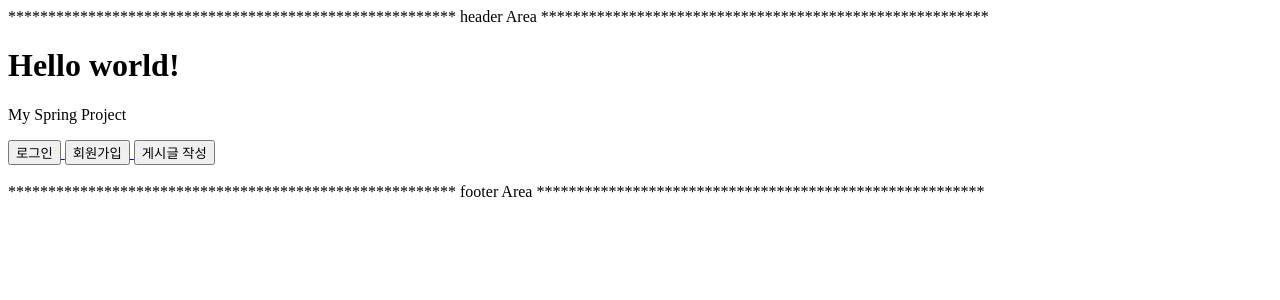
Repository: bbqju13/20230613spring
Page: http://localhost/spring/WEB-INF/views/home.jsp
The author's editor kept a copy of each file at every save. The page is drawn from the files as they stood at one save, then again after the next save.
The browser window is 1280 px wide. The pictures show the whole page.
The page is served by Tomcat 9. Nobody is signed in. Other server files are loaded and not shown. The template is opened directly, without the code that normally fills it, so the values that code supplies are empty.

Above is the page before, as saved 2023-06-07 04:52:27.

### _spring_project1/spring/src/main/webapp/WEB-INF/views/home.jsp
<%@ page language="java" contentType="text/html; charset=UTF-8"
    pageEncoding="UTF-8"%>
<%@ taglib uri="http://java.sun.com/jsp/jstl/core" prefix="c" %>

<html>
<head>
	<title>Home</title>
</head>
<body>
<jsp:include page="./layout/header.jsp"></jsp:include>
<h1>
	Hello world!
</h1>

<P>  My Spring Project </P>

<c:if test="${ses.id != null }">
<a href="/member/logout"> <button type="button">로그아웃</button> </a>
</c:if>

<c:if test="${ses.id == null }">
<a href="/member/login"> <button type="button">로그인</button> </a>
<a href="/member/signup"> <button type="button">회원가입</button> </a>

</c:if>
<a href="/board/register"> <button type="button">게시글 작성</button> </a>

<c:if test="${ses.id != null}">
<h1> ${ses.id } WelCome :) </h1>
</c:if>



<script type="text/javascript">
const msg_login = '<c:out value="${msg_login}" />';
const msg_logout = '<c:out value="${msg_logout}" />';
console.log(msg_login);
console.log(msg_logout);
if(msg_login === '0'){
	alert('로그인실패');
}
if(msg_logout === '1'){
	alert('로그아웃 되었습니다');
}
</script>
<br> <br>
<jsp:include page="./layout/footer.jsp"></jsp:include>
</body>
</html>

### _spring_project1/spring/src/main/webapp/WEB-INF/views/layout/header.jsp
<%@ page language="java" contentType="text/html; charset=UTF-8"
    pageEncoding="UTF-8"%>
<!DOCTYPE html>
<html>
<head>
<meta charset="UTF-8">
<title>Header Page</title>
</head>
<body>
********************************************************
header Area
********************************************************
</body>
</html>

### _spring_project1/spring/src/main/webapp/WEB-INF/views/layout/footer.jsp
<%@ page language="java" contentType="text/html; charset=UTF-8"
    pageEncoding="UTF-8"%>
<!DOCTYPE html>
<html>
<head>
<meta charset="UTF-8">
<title>Header Page</title>
</head>
<body>
********************************************************
footer Area
********************************************************
</body>
</html>

After the next save:
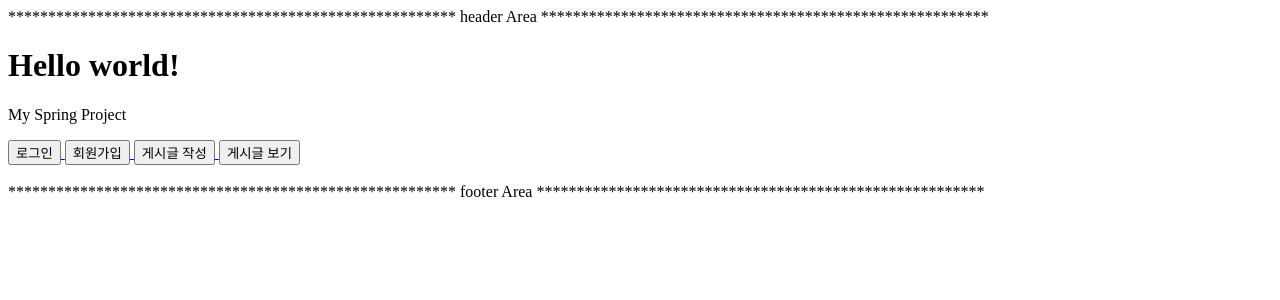
Saved 59 s later.
--- a/_spring_project1/spring/src/main/webapp/WEB-INF/views/home.jsp
+++ b/_spring_project1/spring/src/main/webapp/WEB-INF/views/home.jsp
@@ -24,6 +24,7 @@
 
 </c:if>
 <a href="/board/register"> <button type="button">게시글 작성</button> </a>
+<a href="/board/list"> <button type="button">게시글 보기</button> </a>
 
 <c:if test="${ses.id != null}">
 <h1> ${ses.id } WelCome :) </h1>
